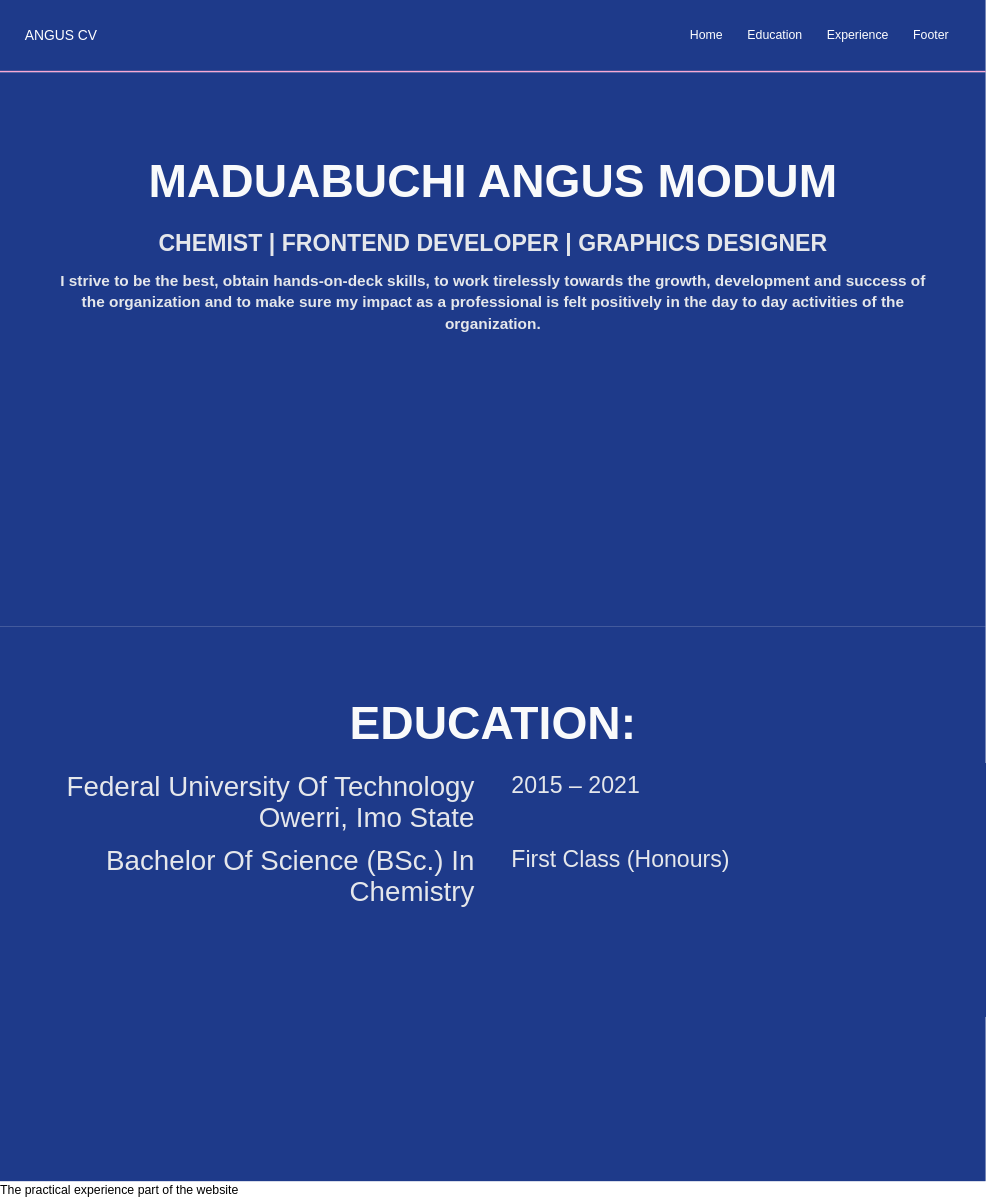
Repository: AngusOnyebuchi/AngusOnyebuchi.github.io
Page: /
The author's editor kept a copy of each file at every save. The page is drawn from the files as they stood at one save, then again after the next save.
The browser window is 1280 px wide. The pictures show the whole page, at 77% of full size.
The project was rebuilt for these pictures with package versions that can differ from the ones it lists, and the page was loaded fresh each time.

Above is the page before, as saved 2022-04-17 19:41:14.

After the next save:
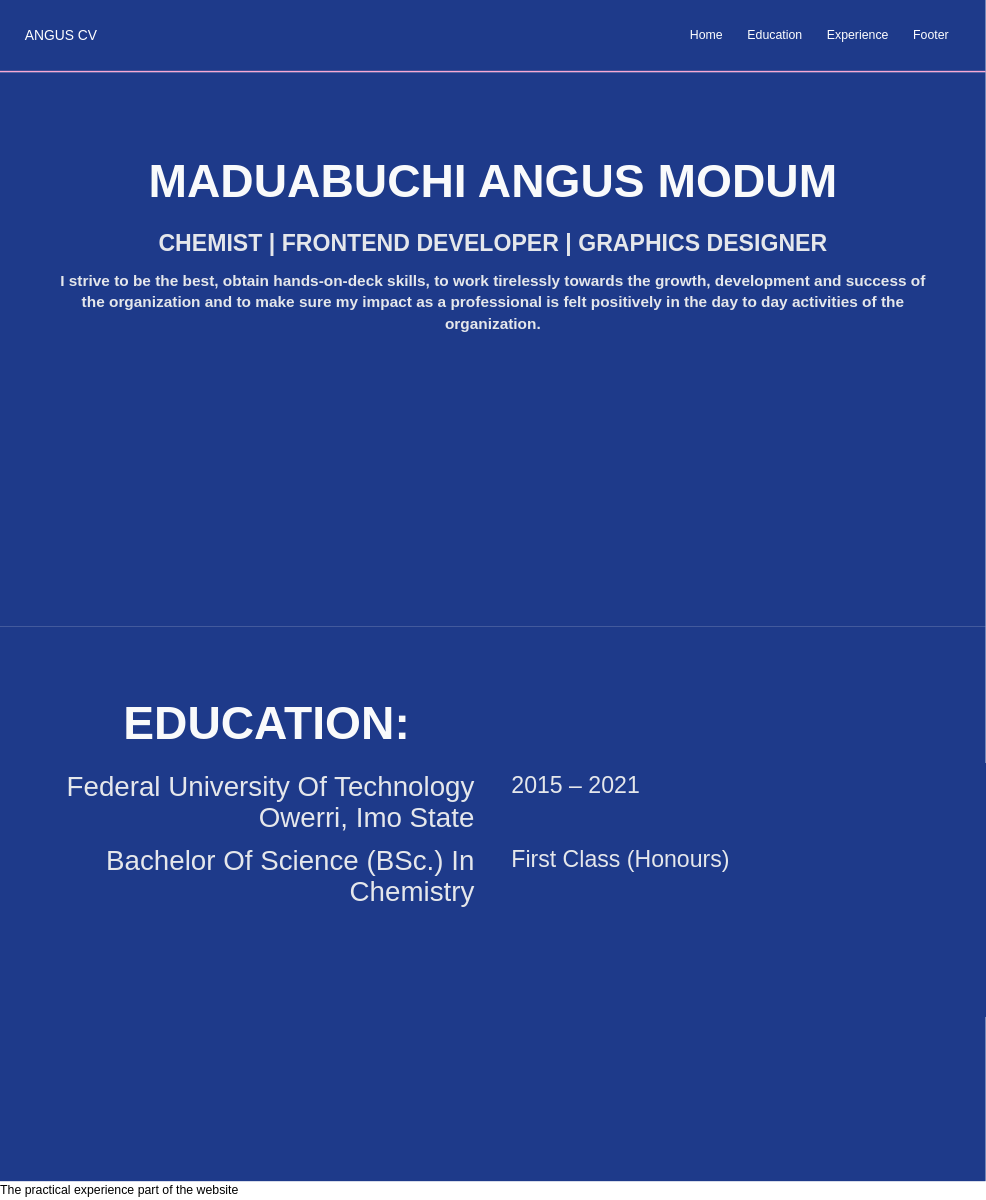
Saved 3 min 39 s later.
--- a/src/components/Education.js
+++ b/src/components/Education.js
@@ -3,7 +3,7 @@
 export default function Education() {
     return(
         <div className="bg-blue-900 w-full h-screen text-gray-200">
-            <h1 className="text-4xl md:text-6xl font-bold uppercase pt-24 text-center text-gray-50">Education:</h1>
+            <h1 className="text-4xl md:text-6xl font-bold uppercase pt-24 text-left ml-40 text-gray-50">Education:</h1>
             <div className="grid grid-cols-2 gap-12 mx-16 pt-8 ">
                 <h3 className="capitalize text-xl md:text-4xl text-right">Federal university of technology owerri, Imo state</h3>
                 <h4 className="text-lg md:text-3xl ">2015 – 2021</h4>

After the save that followed:
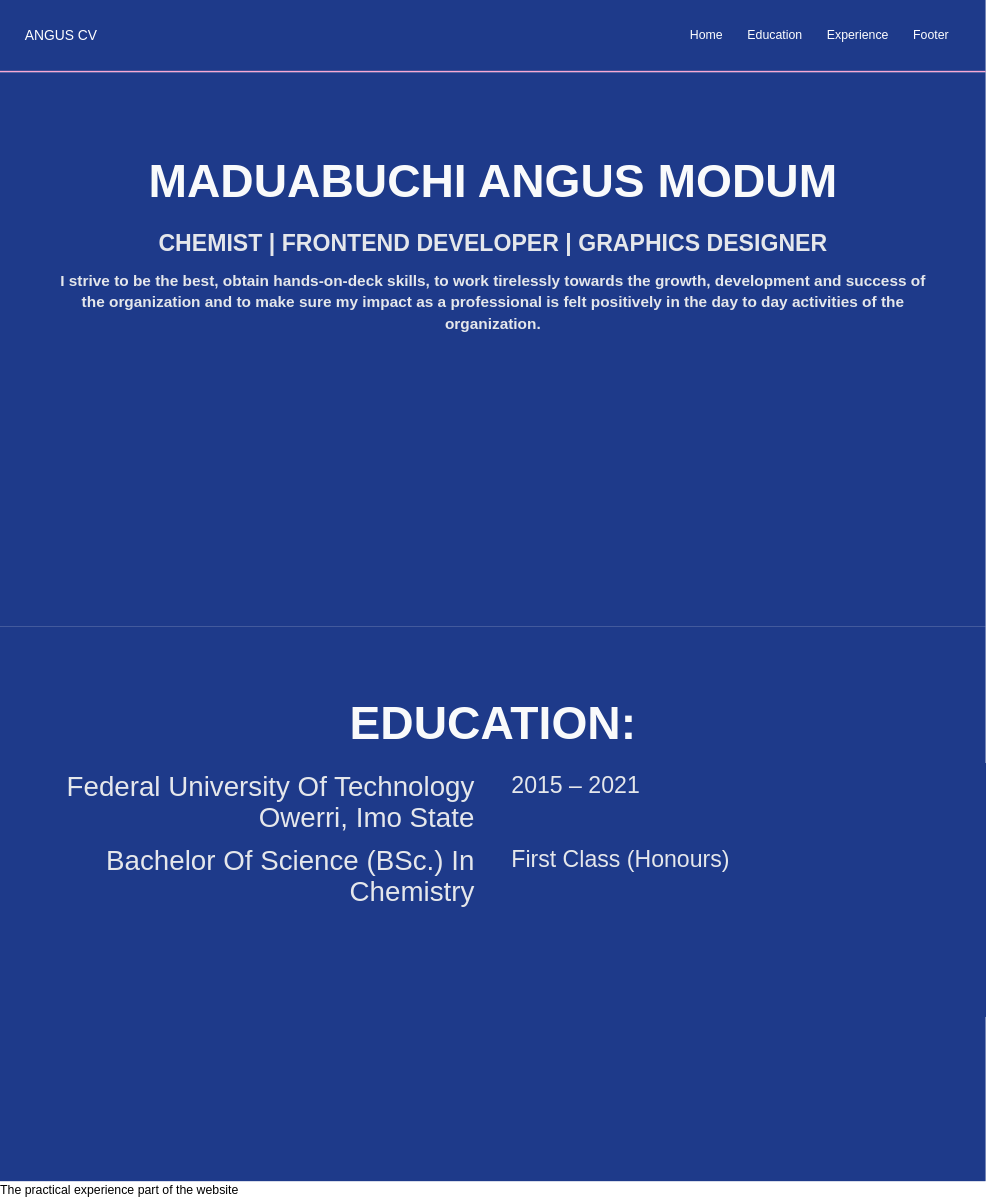
Saved 40 s later.
--- a/src/components/Education.js
+++ b/src/components/Education.js
@@ -3,7 +3,7 @@
 export default function Education() {
     return(
         <div className="bg-blue-900 w-full h-screen text-gray-200">
-            <h1 className="text-4xl md:text-6xl font-bold uppercase pt-24 text-left ml-40 text-gray-50">Education:</h1>
+            <h1 className="text-4xl md:text-6xl font-bold uppercase pt-24 text-center text-gray-50">Education:</h1>
             <div className="grid grid-cols-2 gap-12 mx-16 pt-8 ">
                 <h3 className="capitalize text-xl md:text-4xl text-right">Federal university of technology owerri, Imo state</h3>
                 <h4 className="text-lg md:text-3xl ">2015 – 2021</h4>
